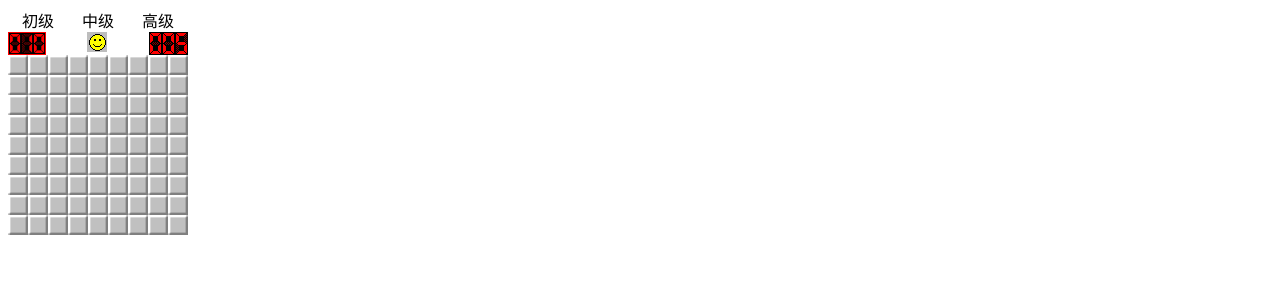
Repository: vLinv/MineSweeper
Page: index.html
The author's editor kept a copy of each file at every save. The page is drawn from the files as they stood at one save, then again after the next save.
The browser window is 1280 px wide. The pictures show the whole page.

Above is the page before, as saved 2022-02-18 16:02:27.

### index.html
<!DOCTYPE html>
<html lang="en">

<head>
  <meta charset="UTF-8">
  <meta http-equiv="X-UA-Compatible" content="IE=edge">
  <meta name="viewport" content="width=device-width, initial-scale=1.0">
  <title>MineSweeper</title>
</head>

<body>
  <div class="level_select">
    <span class="level" onclick="changeLevel('primary')">初级</span>
    <span class="level" onclick="changeLevel('intermediate')">中级</span>
    <span class="level" onclick="changeLevel('advanced')">高级</span>
  </div>
  <div class="game_wrap">
    <div class="header_wrap">
      <canvas id="mineNumCanvas" width="39" height="23" style="border: 1px solid red;"></canvas>
      <div class="face_btn" onclick="restartGame()">
        <img src="./img/face_normal.gif" alt="">
      </div>
      <canvas id="timeCanvas" width="39" height="23"></canvas>
    </div>
    <div class="section_wrap">
      <canvas id="canvas" width="180" height="180"></canvas>
    </div>
  </div>
  <style>
    .level_select {
      width: 180px;
      display: flex;
    }

    .level {
      flex: 1;
      text-align: center;
    }

    .header_wrap {
      width: 180px;
      height: 23px;
      display: flex;
    }

    #mineNumCanvas {
      flex: 1;
    }

    .face_btn {
      flex: 3;
      text-align: center;
    }

    #timeCanvas {
      flex: 1;
    }
  </style>
  <script>
    /** @type {HTMLCanvasElement} */
    // 游戏canvas
    const canvasNode = document.getElementById('canvas')
    const ctx = canvasNode.getContext('2d')
    // mineNum与timer Canvas
    const mineNumNode = document.getElementById('mineNumCanvas')
    const timerNode = document.getElementById('timeCanvas')
    const mineNumCtx = mineNumNode.getContext('2d')
    const timerCtx = timerNode.getContext('2d')

    // 存储图片路径（name, url）
    const imgArr = new Map();
    // 存储已加载好的图片 (name, img)
    const imgArrElement = new Map();
    // 资源是否加载完成
    let sourceInit = false;

    let mineSweeper = null;
    let curLevel = 'primary'

    const MAP_LEVEL = {
      'primary': {
        mapSize: [9, 9],
        mineNum: 10
      },
      'intermediate': {
        mapSize: [16, 16],
        mineNum: 40
      },
      'advanced': {
        mapSize: [16, 30],
        mineNum: 90
      }
    }

    function initImage() {
      imgArr.set('ask', './img/ask.gif')
      imgArr.set('blank', './img/blank.gif')
      imgArr.set('blood', './img/blood.gif')
      imgArr.set('flag', './img/flag.gif')
      imgArr.set('mine', './img/mine.gif')
      for (let i = 0; i <= 8; i++) {
        imgArr.set(i, './img/' + i + '.gif')
      }
      for (let i = 0; i <= 9; i++) {
        imgArr.set('num_' + i, './img/num_' + i + '.jpg');
      }
      const loadImage = (url) => {
        return new Promise((reslove) => {
          let img = new Image();
          img.onload = () => reslove(img)
          img.src = url
        })
      }
      const promiseArr = [];
      // 获取所有图片的promise对象并使用promise.all进行加载
      [...imgArr.keys()].forEach(e => {
        promiseArr.push(loadImage(imgArr.get(e)))
      });
      sourceInit = true;
      return Promise.all(promiseArr)
    }

    // 开始游戏
    async function startGame() {
      if (!sourceInit) {
        const res = await initImage()
        const keys = [...imgArr.keys()];
        res.forEach((item, index) => {
          imgArrElement.set(String(keys[index]), item)
        })
      }
      mineSweeper = new MineSweeper(curLevel);
      mineSweeper.initGame();
    }

    class MineSweeper {
      constructor(curLevel) {
        this.level = curLevel
        this.map = [];
        this.mapSizeX = 0;
        this.mapSizeY = 0;
        this.mineNum = 0;
        this.bombList = [];
        this.flagList = [];
        this.problemList = [];
        this.isGameOver = false;
        this.mineNumCanvas = mineNumCtx;
        this.timerCanvas = timerCtx;
        this.timer = null;
        this.time = 0;
      }

      initGame() {
        const {
          mapSize,
          mineNum
        } = MAP_LEVEL[this.level]
        this.mapSizeX = mapSize[0];
        this.mapSizeY = mapSize[1];
        ctx.width = this.mapSizeX * 20;
        ctx.height = this.mapSizeY * 20;
        console.log(ctx);
        this.mineNum = mineNum;
        this.buildMap();
        this.buildBomb();
        this.drawMap();
        this.drawGameInfo(this.mineNum, this.mineNumCanvas);
        this.drawGameInfo(this.time, this.timerCanvas)
        this.timer = setInterval(() => {
          this.time += 1;
          this.drawGameInfo(this.time, this.timerCanvas)
          if(this.time >= 999){
            this.time = 0;
          }
        }, 1000)
      }

      buildMap() {
        for (let i = 0; i < this.mapSizeY; i++) {
          this.map.push(new Array(this.mapSizeX).fill(-1))
        }
      }

      buildBomb() {
        let curBomb = 0;
        while (curBomb < this.mineNum) {
          let xPos = Number.parseInt(Math.random() * this.mineNum);
          let yPos = Number.parseInt(Math.random() * this.mineNum);
          if (this.bombList.find(item => {
              return xPos === item[0] && yPos === item[1]
            }) === undefined) {
            this.bombList.push([xPos, yPos])
            curBomb++;
          }
        }
      }
      // 绘制
      drawMap() {
        const blankImg = imgArrElement.get('blank')
        const flag = imgArrElement.get('flag')

        for (let i = 0; i < this.mapSizeX; i++) {
          for (let j = 0; j < this.mapSizeY; j++) {
            if (this.map[i][j] === -1) {
              ctx.drawImage(blankImg, 0, 0, blankImg.width, blankImg.height, 20 * i, 20 * j, 20, 20)
            } else if (this.map[i][j] >= 0) {
              const numImg = imgArrElement.get(this.map[i][j] + '')
              ctx.drawImage(numImg, 0, 0, numImg.width, numImg.height, 20 * i, 20 * j, 20, 20)
            }
            if (this.posInflagList(i, j) !== -1) {
              ctx.drawImage(flag, 0, 0, flag.width, flag.height, 20 * i, 20 * j, 20, 20)
            }
          }
        }
      }

      drawAllBomb(xPos, yPos) {
        const blood = imgArrElement.get('blood')
        const mine = imgArrElement.get('mine')
        // 绘制所有地雷
        this.bombList.forEach(e => {
          if (e[0] === xPos && e[1] === yPos) {
            ctx.drawImage(blood, 0, 0, blood.width, blood.height, 20 * e[0], 20 * e[1], 20, 20)
          } else {
            ctx.drawImage(mine, 0, 0, mine.width, mine.height, 20 * e[0], 20 * e[1], 20, 20)
          }
        })
      }


      // 绘制地雷数与计时器
      drawGameInfo(num, ctx) {
        // 将num转换为3位数字
        const tmpArr = new Array(3).fill(0);
        const arr = [...num + '']
        while (arr.length < 3) {
          arr.unshift('0')
        }
        for (let i = 0; i < 3; i++) {
          ctx.drawImage(imgArrElement.get('num_' + arr[i]), i * 13, 0)
        }
      }

      // 获取(xPos, yPos)周围八格位置
      getAroundGrid(xPos, yPos) {
        const pos = [-1, 0, 1];
        const around = [];
        for (let i = 0; i < pos.length; i++) {
          let tmpxPos = xPos + pos[i];
          // 边界
          if (tmpxPos < 0 || tmpxPos >= this.mapSizeX) {
            continue
          }
          for (let j = 0; j < pos.length; j++) {
            let tmpyPos = yPos + pos[j];
            if (tmpyPos < 0 || tmpyPos >= this.mapSizeY || (tmpxPos === xPos && tmpyPos === yPos)) {
              continue
            }
            around.push([tmpxPos, tmpyPos])
          }
        }
        return around;
      }

      // 点击(xPos, yPos)操作
      clickPos(xPos, yPos) {
        // 判断游戏是否结束
        if (this.posInBombList(xPos, yPos)) {
          this.gameOver(xPos, yPos);
          return;
        }
        const queue = []
        queue.push([xPos, yPos]);
        while (queue.length > 0) {
          let tmpNode = queue.shift()
          let tmpxPos = tmpNode[0],
            tmpyPos = tmpNode[1]
          // 该点为雷或已经打开则跳过
          if (this.posInBombList(tmpxPos, tmpyPos) || this.map[tmpxPos][tmpyPos] >= 0) {
            continue;
          }
          const around = this.getAroundGrid(tmpxPos, tmpyPos, this.map.length)
          // around中有几个雷
          let bombNum = 0
          around.forEach(x => {
            this.bombList.forEach(y => {
              if (x[0] === y[0] && x[1] === y[1]) {
                bombNum++;
              }
            })
          })
          this.map[tmpxPos][tmpyPos] = bombNum;
          // 如果周围没有雷，则继续打开周围坐标
          if (bombNum === 0) {
            queue.push(...around)
          }
        }
        this.drawMap()
      }

      // 游戏结束操作
      gameOver(xPos, yPos) {
        this.drawAllBomb(xPos, yPos)
        this.isGameOver = true;
      }

      // (xPos, yPos)是否为雷
      posInBombList(xPos, yPos) {
        // true: 存在
        return this.bombList.find(item => {
          return xPos === item[0] && yPos === item[1]
        }) !== undefined
      }

      // (xPos, yPos)是否被标记
      posInflagList(xPos, yPos) {
        return this.flagList.findIndex(item => {
          return xPos === item[0] && yPos === item[1]
        })
      }

      // 判断游戏是否胜利
      checkGameWin() {
        // 剩余未打开格子都存在于bombList中
        for (let i = 0; i < this.mapSizeX; i++) {
          for (let j = 0; j < this.mapSizeY; j++) {
            let tmpGrid = this.map[i][j]
            if (tmpGrid < 0 && !this.posInBombList(i, j)) {
              return false;
            }
          }
        }
        return true;
      }

      // 标记(xPos, yPos)
      signBomb(xPos, yPos) {
        const pos = this.posInflagList(xPos, yPos)
        if (pos !== -1) {
          this.flagList.splice(pos, 1)
        } else {
          this.flagList.push([xPos, yPos])
        }
        this.drawGameInfo(this.mineNum - this.flagList.length, this.mineNumCanvas)
        this.drawMap()
      }

      closeTimer() {
        clearInterval(this.timer)
      }
    }

    // 监听点击事件
    document.addEventListener('click', e => {
      if (e.target !== canvas || mineSweeper.isGameOver) {
        return;
      }
      mineSweeper.clickPos(Number.parseInt(e.offsetX / 20), Number.parseInt(e.offsetY / 20))
    })

    // 监听右键事件
    document.oncontextmenu = e => {
      if (e.target !== canvas || mineSweeper.isGameOver) {
        return false;
      }
      const xPos = Number.parseInt(Number.parseInt(e.offsetX / 20)),
        yPos = Number.parseInt(Number.parseInt(e.offsetY / 20))
      mineSweeper.signBomb(xPos, yPos)
      return false;
    };

    function restartGame() {
      mineSweeper.closeTimer();
      startGame();
    }


    // 改变等级
    function changeLevel(level) {
      curLevel = level
      restartGame();
    }
    startGame();
  </script>
</body>

</html>

After the next save:
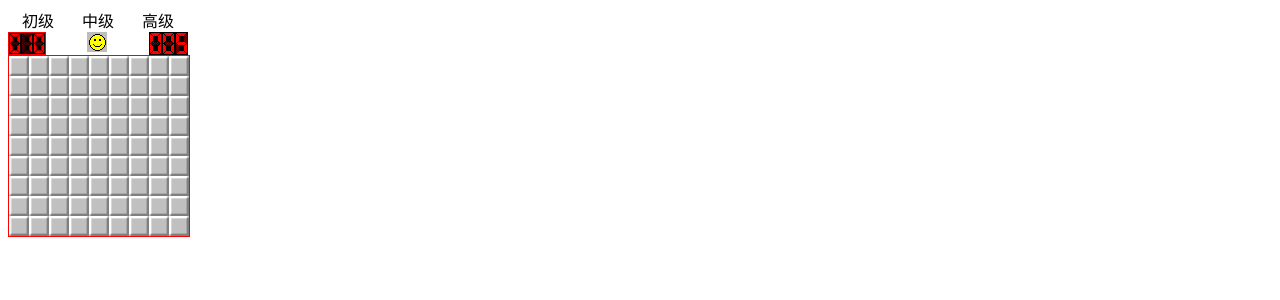
Saved 36 s later.
--- a/index.html
+++ b/index.html
@@ -27,6 +27,9 @@
     </div>
   </div>
   <style>
+    #canvas{
+      border: 1px solid red;
+    }
     .level_select {
       width: 180px;
       display: flex;
